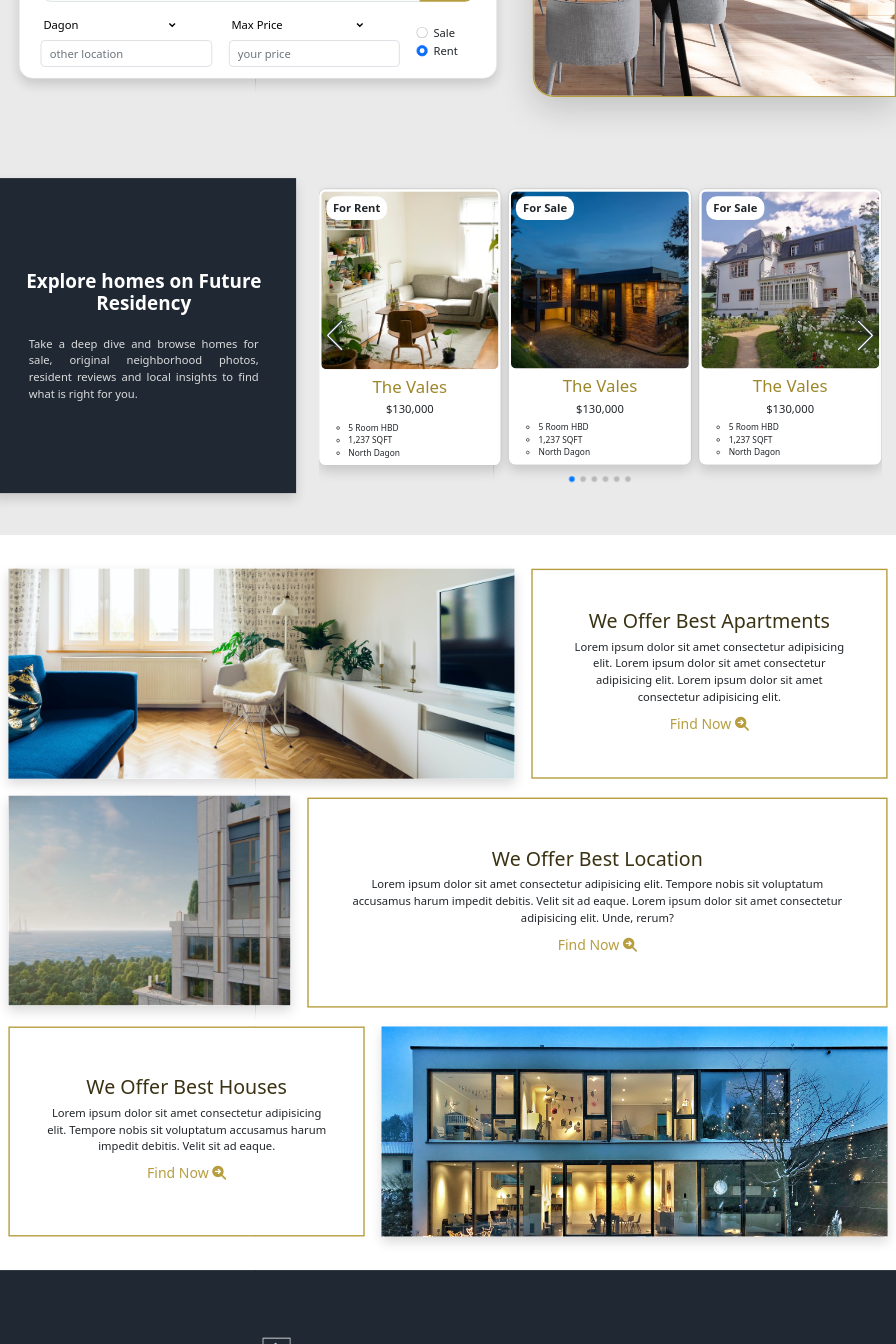
Repository: pyaestk/Future-residency
Page: index.html
These files come from the project's save history. The page is drawn as it stood at one moment and after the next save; the edit follows.
The browser window is 1280 px wide. The pictures show the part of the page from y = 508 to 2428 px (the page is 2765 px tall), at 70% of full size.
Pictures or frames that could not be fetched are drawn as grey boxes.

Above is the page before, as saved 2022-12-06 21:40:24.

### index.html
<!doctype html>
<html lang="en">

<head>
  <meta charset="utf-8">
  <meta name="viewport" content="width=device-width, initial-scale=1, minimum-scale=1, maximum-scale=1 ">
  <title>FUTURE-RESIDENCY</title>
  <!--bootstrap-->
  <link href="https://cdn.jsdelivr.net/npm/bootstrap@5.2.3/dist/css/bootstrap.min.css" rel="stylesheet"
    integrity="sha384-rbsA2VBKQhggwzxH7pPCaAqO46MgnOM80zW1RWuH61DGLwZJEdK2Kadq2F9CUG65" crossorigin="anonymous">

  <!--custom css-->
  <link rel="stylesheet" href="style.css" type="text/css">
  <link rel="stylesheet" href="styleMobileview.css" type="text/css">
  <link rel="stylesheet" href="styleTabletview.css" type="text/css">

  <!--font awesome-->
  <link rel="stylesheet" href="https://cdnjs.cloudflare.com/ajax/libs/font-awesome/6.2.1/css/all.min.css"
    integrity="sha512-MV7K8+y+gLIBoVD59lQIYicR65iaqukzvf/nwasF0nqhPay5w/9lJmVM2hMDcnK1OnMGCdVK+iQrJ7lzPJQd1w=="
    crossorigin="anonymous" referrerpolicy="no-referrer" />

  <!--swiper js-->
  <link rel="stylesheet" href="https://cdn.jsdelivr.net/npm/swiper@8/swiper-bundle.min.css" />

</head>

<body>

  <!-- background -->
  <div class="background"></div>
  <!--navigation-->
  <nav class="shadow">
    <div class="logo-area">
      <img src="img/FUTURE_ReSIDENCY-removebg-preview.png" alt="logo" class="logo">
      <span>FUTURE-RESIDENCY</span>
    </div>


    <!--desktop-->
    <div class="navlinks" id="nav-right">
      <div class="icon closeMenubar shadow" onclick="hideMenu()">
        <i class="fa-solid fa-xmark"></i>
      </div>
      <ul>
        <li><a href="#home">HOME</a></li>
        <li><a href="properties.html">PROPERTIES</a></li>
        <li><a href="aboutUs.html">ABOUT US</a></li>
        <li><a href="contactUs.html">CONTACT US</a></li>
        <a href="singIn.html" class="navibutton">JOIN</a></li>
      </ul>
    </div>
    <div class="icon openMenubar">
      <i class="fa-solid fa-bars" onclick="showMenu()"></i>
    </div>
  </nav>
  <!--end navigation-->


  <!--jumbotron-->
  <div class="jumbotron mb-5" id="home">
    <div class="row mt-3">

      <div class="col-md-7 content">
        <div class="row px-5 text-center">
          <div class="col-md-12 mt-4 px-1">
            <div class="subtext text-center">
              <h4>Future Residency Real Estate</h4>
            </div>
            <p>Discover A Place You'll Love To Live</p>
            <div class="subtext my-4 text-center">
              Save thousands. Use our innovative technology to walk you
              step-by-step through the home buying and selling process.
            </div>
            <hr>
          </div>
        </div>

        <div class="row justify-content-md-center formsession">
          <div class="col-md-12">
            <div class="mb-3 text-center"><span>Let's find a home that's perfect for you <i
                  class="fa-sharp fa-solid fa-caret-down"></i></span></div>
            <div class="searchSection shadow  py-3 ">
              <div class="row">
                <div class="container input-group form-area mb-3 searchgroup">
                  <input type="text" class="form-control searchbar" placeholder="Address, neighborhood, city, ZIP code">
                  <button><i class="fa-solid fa-magnifying-glass"></i></button>
                </div>
              </div>
              <div class="row">
                <div class="col-md-5 col">
                  <select name="" id="">
                    <option value="">Dagon</option>
                    <option value="">North Dagon</option>
                    <option value="">Yankin</option>
                    <option value="">San Chaung</option>
                  </select>
                  <input type="text" class="form-control" placeholder="other location">
                </div>
                <div class="col-md-5 col">
                  <select name="" id="">
                    <option value="">Max Price</option>
                    <option value="">Average</option>
                    <option value="">Min Price</option>
                  </select>
                  <input type="text" class="form-control" placeholder="your price">
                </div>
                <div class="col-md-2 pt-3 col-3">
                  <div class="form-check">
                    <input class="form-check-input" type="radio" name="flexRadioDefault" id="flexRadioDefault1">
                    <label class="form-check-label" for="flexRadioDefault1">
                      Sale
                    </label>
                  </div>
                  <div class="form-check">
                    <input class="form-check-input" type="radio" name="flexRadioDefault" id="flexRadioDefault2" checked>
                    <label class="form-check-label" for="flexRadioDefault2">
                      Rent
                    </label>
                  </div>
                </div>
              </div>
            </div>
          </div>
        </div>
      </div>

      <div class="col-md-5 text-center customCarousel my-2">
        <div id="carouselExampleCaptions" class="carousel slide w-100" data-bs-ride="true">
          <div class="carousel-inner carouselborder shadow-lg">
            <div class="carousel-item active">
              <img src="img/carousel1.jpg" class="img-fluid d-block w-100" alt="...">
            </div>
            <div class="carousel-item">
              <img src="img/carousel2.jpg" class="img-fluid d-block w-100" alt="...">
            </div>
            <div class="carousel-item">
              <img src="img/carousel3.jpg" class="img-fluid d-block w-100" alt="...">
            </div>
          </div>
          <button class="carousel-control-next" type="button" data-bs-target="#carouselExampleCaptions"
            data-bs-slide="next">
            <span class="carousel-control-next-icon" aria-hidden="true"></span>
            <span class="visually-hidden">Next</span>
          </button>
        </div>
      </div>
    </div>
  </div>
  <!--end jumbotron-->

  <div class="group1">
    <div class="row">

      <div class="col-md-4">
        <div class="row label2 shadow">
          <div class="col-md-12 text-center">

            <h3>Explore homes on Future Residency</h3>
            <p class="sublabel">
              Take a deep dive and browse homes for sale, original neighborhood photos, resident reviews and local
              insights to find what is right for you.
            </p>

          </div>
        </div>
      </div>

      <div class="col-md-8">

        <div class="row featuredcard">
          <div class="col-md-12">
            <!--index swiperJs-->
            <div class="swiper mySwiper">
              <div class="swiper-wrapper mb-4">
                <div class="swiper-slide">

                  <div class="card salecard shadow">
                    <div class="salecard-img">
                      <img src="img/apartment1.jpg" class="card-img-top" alt="...">
                      <div class="layer">
                        <h6> See More <i class="fa-sharp fa-solid fa-arrow-right-from-bracket"></i></h6>
                      </div>
                      <div class="layer2">
                        <span>For Rent</span>
                      </div>
                    </div>
                    <div class="salecard-body">
                      <div class="row">
                        <div class="col-md-12 text-center">
                          <h4>The Vales</h4>
                          <h6>$130,000</h6>
                        </div>
                        <div class="col-md-12">
                          <li>5 Room HBD</li>
                          <li>1,237 SQFT</li>
                          <li>North Dagon</li>
                        </div>
                      </div>
                    </div>
                  </div>

                </div>
                <div class="swiper-slide">

                  <div class="card salecard shadow">
                    <div class="salecard-img">
                      <img src="img/house3.jpg" class="card-img-top" alt="...">
                      <div class="layer">
                        <h6> See More <i class="fa-sharp fa-solid fa-arrow-right-from-bracket"></i></h6>
                      </div>
                      <div class="layer2">
                        <span>For Sale</span>
                      </div>
                    </div>
                    <div class="salecard-body">
                      <div class="row">
                        <div class="col-md-12 text-center">
                          <h4>The Vales</h4>
                          <h6>$130,000</h6>
                        </div>
                        <div class="col-md-12">
                          <li>5 Room HBD</li>
                          <li>1,237 SQFT</li>
                          <li>North Dagon</li>
                        </div>
                      </div>
                    </div>
                  </div>

                </div>
                <div class="swiper-slide">

                  <div class="card salecard shadow">
                    <div class="salecard-img">
                      <img src="img/house1.jpg" class="card-img-top" alt="...">
                      <div class="layer">
                        <h6> See More <i class="fa-sharp fa-solid fa-arrow-right-from-bracket"></i></h6>
                      </div>
                      <div class="layer2">
                        <span>For Sale</span>
                      </div>
                    </div>
                    <div class="salecard-body">
                      <div class="row">
                        <div class="col-md-12 text-center">
                          <h4>The Vales</h4>
                          <h6>$130,000</h6>
                        </div>
                        <div class="col-md-12">
                          <li>5 Room HBD</li>
                          <li>1,237 SQFT</li>
                          <li>North Dagon</li>
                        </div>
                      </div>
                    </div>
                  </div>

                </div>
                <div class="swiper-slide">

                  <div class="card salecard shadow">
                    <div class="salecard-img">
                      <img src="img/house5.jpg" class="card-img-top" alt="...">
                      <div class="layer">
                        <h6> See More <i class="fa-sharp fa-solid fa-arrow-right-from-bracket"></i></h6>
                      </div>
                      <div class="layer2">
                        <span>For Sale</span>
                      </div>
                    </div>
                    <div class="salecard-body">
                      <div class="row">
                        <div class="col-md-12 text-center">
                          <h4>The Vales</h4>
                          <h6>$130,000</h6>
                        </div>
                        <div class="col-md-12">
                          <li>5 Room HBD</li>
                          <li>1,237 SQFT</li>
                          <li>North Dagon</li>
                        </div>
                      </div>
                    </div>
                  </div>

                </div>
                <div class="swiper-slide">

                  <div class="card salecard shadow">
                    <div class="salecard-img">
                      <img src="img/house10.jpg" class="card-img-top" alt="...">
                      <div class="layer">
                        <h6> See More <i class="fa-sharp fa-solid fa-arrow-right-from-bracket"></i></h6>
                      </div>
                      <div class="layer2">
                        <span>For Sale</span>
                      </div>
                    </div>
                    <div class="salecard-body">
                      <div class="row">
                        <div class="col-md-12 text-center">
                          <h4>The Vales</h4>
                          <h6>$130,000</h6>
                        </div>
                        <div class="col-md-12">
                          <li>5 Room HBD</li>
                          <li>1,237 SQFT</li>
                          <li>North Dagon</li>
                        </div>
                      </div>
                    </div>
                  </div>

                </div>
                <div class="swiper-slide">

                  <div class="card salecard shadow">
                    <div class="salecard-img">
                      <img src="img/apartment5.jpg" class="card-img-top" alt="...">
                      <div class="layer">
                        <h6> See More <i class="fa-sharp fa-solid fa-arrow-right-from-bracket"></i></h6>
                      </div>
                      <div class="layer2">
                        <span>For Rent</span>
                      </div>
                    </div>
                    <div class="salecard-body">
                      <div class="row">
                        <div class="col-md-12 text-center">
                          <h4>The Vales</h4>
                          <h6>$130,000</h6>
                        </div>
                        <div class="col-md-12">
                          <li>5 Room HBD</li>
                          <li>1,237 SQFT</li>
                          <li>North Dagon</li>
                        </div>
                      </div>
                    </div>
                  </div>

                </div>

              </div>

              <div class="swiper-button-next" style="color: #ffffff;   -webkit-text-stroke-width: 1px;
              -webkit-text-stroke-color: #1F2833;"></div>

              <div class="swiper-button-prev text-light" style="color: #ffffff;   -webkit-text-stroke-width: 1px;
              -webkit-text-stroke-color: #1F2833;"></div>

              <div class="swiper-pagination"></div>
            </div>
          </div>
          <!--swiperJs end-->
        </div>
      </div>

    </div>
  </div>
  <!--group1 end-->




  <div class="container-fluid pt-5">
    <div class="row pic-container">
      <div class="col-md-7">
        <div class="pic1">
          <img class="shadow" src="img/jarek-ceborski-jn7uVeCdf6U-unsplash.jpg" alt="">
        </div>
      </div>
      <div class=" col-md-5 d-flex flex-column justify-content-center">
        <div class="pic1-caption d-flex flex-column justify-content-center px-5 align-items-center">
          <h3>We Offer Best Apartments</h3>
          <span>Lorem ipsum dolor sit amet consectetur adipisicing elit.
            <span>Lorem ipsum dolor sit amet consectetur adipisicing elit.
              <span>Lorem ipsum dolor sit amet consectetur adipisicing elit.
          </span>
          <h6>Find Now <i class="fa-solid fa-magnifying-glass-arrow-right"></i></h6>
        </div>
      </div>
    </div>
  </div>
  <div class="container-fluid pt-2">
    <div class="row mt-3">
      <div class="col-md-4 vid">
        <video class="shadow" src="img/1624370561481-FbR_sea_fin_2905 - converted with Clipchamp.mp4" muted poster="img/Screenshot 2022-12-05 124058.jpg" onmouseover="this.play()" onmouseout="this.pause()"></video>
      </div>
      <div class=" col-md-8 d-flex flex-column justify-content-center">
        <div class="vid-caption px-5 d-flex flex-column justify-content-center align-items-center">
          <h3>We Offer Best Location</h3>
          <span>Lorem ipsum dolor sit amet consectetur adipisicing elit.
            Tempore nobis sit voluptatum accusamus harum impedit debitis.
            Velit sit ad eaque.
            Lorem ipsum dolor sit amet consectetur adipisicing elit. Unde, rerum?
          </span>
          <h6>Find Now <i class="fa-solid fa-magnifying-glass-arrow-right"></i></h6>
        </div>
      </div>

    </div>
  </div>

  <div class="container-fluid pt-2 mb-5">
    <div class="row mt-3 pic2-container">

      <div class=" col-md-5 d-flex flex-column justify-content-center">
        <div class="pic2-caption px-5 d-flex flex-column justify-content-center align-items-center">
          <h3>We Offer Best Houses</h3>
          <span>Lorem ipsum dolor sit amet consectetur adipisicing elit.
            Tempore nobis sit voluptatum accusamus harum impedit debitis.
            Velit sit ad eaque.
          </span>
          <h6>Find Now <i class="fa-solid fa-magnifying-glass-arrow-right"></i></h6>
        </div>
      </div>
      <div class="col-md-7 pic2">
        <img class="shadow" src="img/stephan-bechert-yFV39g6AZ5o-unsplash.jpg" alt="">
      </div>

    </div>
  </div>









  <!--footer-->
  <div class="footer pt-5">
    <div class="container text-center text-white">
      <div class="row">
        <div class="col-md-12 my-5">
          <h2><img src="img/FUTURE_ReSIDENCY-removebg-preview-modified.png" alt="logo" class="logo pb-2"><span>
              FUTURE-RESIDENCY </span> Real Estate</h2>
        </div>
      </div>
      <div class="row pb-5 gap-5 justify-content-md-center">
        <div class="col col-md-2">
          <h5>Our company</h5>
          <div>About Us</div>
          <div>Privacy Policy</div>
          <div>Terms of Service</div>
        </div>
        <div class="col-md-auto">
          <h5>Advertise with us</h5>
          <div>List a Property</div>
          <div>Business Solutions</div>
        </div>
        <div class="col col-md-2">
          <h5>Let Us Help</h5>
          <div>Avoid Scams</div>
          <div>Contact Us</div>
          <div>Site Map</div>
        </div>
      </div>
      <hr>
      <div class="row text-center pb-2">
        <div class="col-md-12">
          <span class="copyright">© 2022 Rent Group Inc. All rights reserved. All photos, videos, text and other content
            are the property of Future-Residency Group Inc. APARTMENT GUIDE and the APARTMENT GUIDE Trade Dress
            are registered trademarks of Future-Residency Inc. or its affiliates.</span>
        </div>
      </div>
    </div>
  </div>



  <!--swiper js-->
  <script src="https://cdn.jsdelivr.net/npm/swiper@8/swiper-bundle.min.js"></script>

  <!--javascript-->
  <script src="app.js"></script>

  <!--bootstrap-->
  <script src="https://cdn.jsdelivr.net/npm/bootstrap@5.2.3/dist/js/bootstrap.bundle.min.js"
    integrity="sha384-kenU1KFdBIe4zVF0s0G1M5b4hcpxyD9F7jL+jjXkk+Q2h455rYXK/7HAuoJl+0I4"
    crossorigin="anonymous"></script>
</body>

</html>

### styleMobileview.css

/* mobile view */

@media only screen and (max-width: 767px) {

  /* navigation */
  .icon{
    display: block;
    cursor: pointer;
  }
  nav{
    z-index: 1000;
  }
  .navlinks{
    position: absolute;
    background-color: rgb(216, 216, 216);
    height: 100vh;
    width: 100vw;
    top: 0;
    right: -100vw;
    text-align: left;
    z-index: 10;
    transition: .7s;
  }
  .navlinks ul li a{
    color: black;
  }
  .navlinks ul li{
    display: block;
    margin: 50px 0;
    border-radius: 20px;
  }
  .navlinks ul{
    padding-left: 0;
    text-align: center;
  }
  .navibutton{
    margin-left: 0;
    color: black;
    border: 2px solid black;
  }
  .navlinks .closeMenubar{
    background-color: white;
    display: block;
    padding: 15px 20px;
    text-align: end;
  }
  /* navigation end */

  /* jumbotron */
  .jumbotron p{
    font-size: 55px;
  }
  .subtext h4, .subtext{
    font-size: 13px;
  }
  .indexBackground{
    background: linear-gradient(90deg, #EAEAEA 65%, #EAEAEA -30%);
  }
  .searchSection{
    margin: 10px 10px;
  }
  .customCarousel{
    margin-left: 10px;
  }
  .carousel-control-next{
    padding-right: 30px;
  }
  /* jumbotron end */

  /* first group */
  .group1{
    padding-top: 10px;
    padding-bottom: 10px;
  }
  .label2{
    margin-left: 10px;
    border-radius: 10px;
    margin: 0 10px;
    padding: 40px 15px 40px 15px;
  }
  .label2 h3{
    font-size: 20px;
  }
  .sublabel{
    font-size: 13px;
    padding-top: 10px;
  }
  .salecard li{
    padding-left: 20px;
  }
  .featuredcard{
    padding: 0 10px;
  }
  /* second group */
  .group2 .col-md-8{
    order: 2;
  }
  .label{
    margin: 0 10px;
    padding: 30px 0;
    border-radius: 5px 20px 20px 5px;
  }
  .label h3{
    font-size: 20px;
    padding: 20px 10px;
  }


  .salecard h6{
    font-size: 12px;
    padding-bottom: 0;
  }
  .salecard li{
    font-size: 10px;
    list-style-type: circle;
  }
  .layer h5{
    font-size: 12px;
  }

  .layer2{
    font-size: 10px;
    padding: 3px 3px;
  }
  .pic2-container .col-md-5{
    order: 2;
  }

  /* properties */
  .searchSection{
    font-size: 13px;
  }
  .searchSection input::placeholder{
    font-size: 13px;
  }

  /* aboutUs */
  .ourhistory .label2{
    color: white;
    background-color: #1F2833;
    margin-left: 10px;
    border-radius: 5px 20px 20px 5px;
    margin: 10px 10px;
    padding: 10px;
  }
  .ourhistory .history{
    border-radius: 20px 5px 5px 20px;
    margin: 30px 10px 0px 10px;
  }
  .history{
    text-align: justify;
  }
  .locationsession{
    text-align: center;
    margin: 10px;
  }

  /* contact us */
  .contactsession .cards{
    width: 320px;
  }
  .contactsession .card-body{
    padding: 25px 5px;
  }
  .contactsession h3{
    font-size: 15px;
  }
  .card-text{
    font-size: 14px;
  }
  .contactCard{
    height: 300px;
  }
  .contactCard h4{
    font-size: 18px;
  }
  .contactCard h6{
    font-size: 14px;
  }
  .contactCard p{
    font-size: 12px;
  }


  /* sign in page */
  .login-form{
    min-height: 60vh;
  }
  .login-video{
    margin-top: 25px;
  }
  .loginlayer{
    width: 270px;
  }
  .loginlayer h3{
    font-size: 20px;
  }
  .loginlayer h6{
    font-size: 13px;
  }

  /* saleitem page */
  .itemDetail{
    margin-top: 25px;
    margin-bottom: 30px;
  }

  /* footer */
  .footer h2{
    font-size: 19px;
  }
  .footer h5{
    font-size: 17px;
  }
  .footer{
    font-size: 12px;
  }
  .footer .copyright{
    font-size: 12px;
  }

}

Loaded but not shown: app.js (83 lines, source omitted); style.css (662 lines, source omitted); styleTabletview.css (234 lines, source omitted)

After the next save:
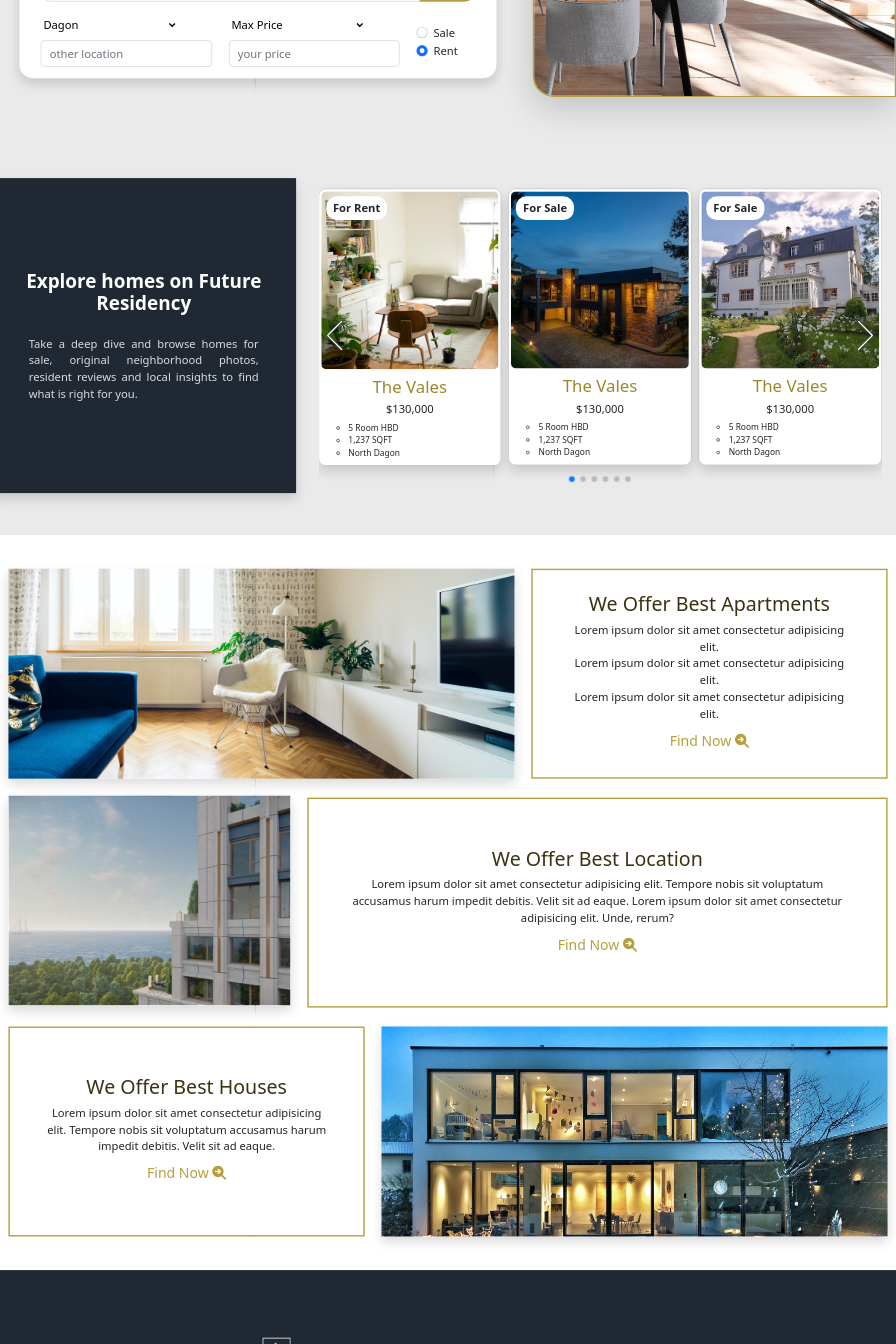
Saved 29 s later.
--- a/index.html
+++ b/index.html
@@ -373,10 +373,9 @@
       <div class=" col-md-5 d-flex flex-column justify-content-center">
         <div class="pic1-caption d-flex flex-column justify-content-center px-5 align-items-center">
           <h3>We Offer Best Apartments</h3>
-          <span>Lorem ipsum dolor sit amet consectetur adipisicing elit.
-            <span>Lorem ipsum dolor sit amet consectetur adipisicing elit.
-              <span>Lorem ipsum dolor sit amet consectetur adipisicing elit.
-          </span>
+          <span>Lorem ipsum dolor sit amet consectetur adipisicing elit.</span>
+          <span>Lorem ipsum dolor sit amet consectetur adipisicing elit.</span>
+          <span>Lorem ipsum dolor sit amet consectetur adipisicing elit.</span>
           <h6>Find Now <i class="fa-solid fa-magnifying-glass-arrow-right"></i></h6>
         </div>
       </div>
